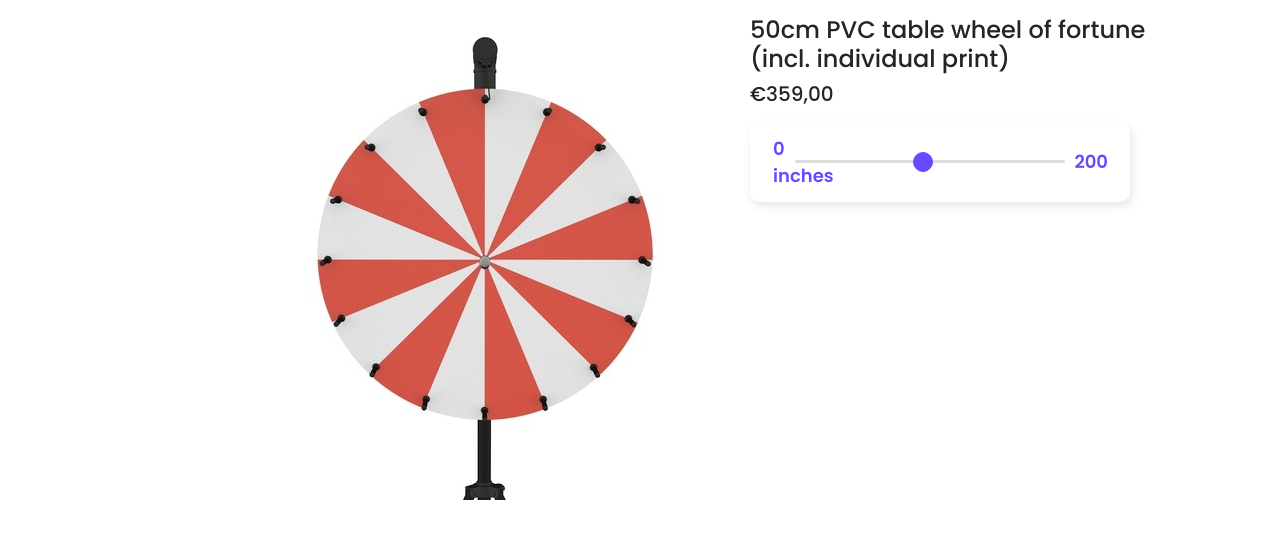
Repository: Awaisp-irfan/fahad-project
Page: text.html
These files come from the project's save history. The page is drawn as it stood at one moment and after the next save; the edit follows.
The browser window is 1280 px wide. The pictures show the whole page.

Above is the page before, as saved 2022-06-30 11:39:20.

### text.html
<!DOCTYPE html>
<html lang="en">
<head>
    <meta charset="UTF-8">
    <meta http-equiv="X-UA-Compatible" content="IE=edge">
    <meta name="viewport" content="width=device-width, initial-scale=1.0">
    <link
      rel="stylesheet"
      href="https://cdn.jsdelivr.net/npm/bootstrap@4.6.1/dist/css/bootstrap.min.css"
      integrity="sha384-zCbKRCUGaJDkqS1kPbPd7TveP5iyJE0EjAuZQTgFLD2ylzuqKfdKlfG/eSrtxUkn"
      crossorigin="anonymous"
    />

    <link rel="stylesheet" href="./style.css" />
    <title>Document</title>
</head>
<body>
    <div class="container">
        <div class="row">
            <div class="col-lg-7">
                <div class="img-wrapper">
                    <div class="main-img">

                    </div>
                </div>
            </div>

            <div class="col-lg-5">
                <div class="my-3">
                    <h4>
                        50cm PVC table wheel of fortune (incl. individual print)
                    </h4>

                    <h5>
                        €359,00
                    </h5>
                </div>
                <div class="range">
                    <div class="sliderValue">
                      <span>100</span>
                    </div>
            <div class="field">
                      <div class="value left">
            0 <br> inches</div>
            <input type="range" min="10" max="200" value="100" steps="1">
                      <div class="value right">
            200</div>
            </div>
            </div>

            </div>
        </div>
    </div>

    <script src="https://cdnjs.cloudflare.com/ajax/libs/jquery/3.4.1/jquery.min.js"></script>

<!--Plugin JavaScript file-->
<script src="https://cdnjs.cloudflare.com/ajax/libs/ion-rangeslider/2.3.1/js/ion.rangeSlider.min.js"></script>
    <script src="./index.js"></script>
</body>
</html>

### style.css
/* range slieder styling starts  */
@import url('https://fonts.googleapis.com/css?family=Poppins:400,500,600,700&display=swap');
*{
  margin: 0;
  padding: 0;
  box-sizing: border-box;
  font-family: 'Poppins', sans-serif;
}

.range{
  height: 80px;
  width: 380px;
  background: #fff;
  border-radius: 10px;
  padding: 0 65px 0 45px;
  box-shadow: 2px 4px 8px rgba(0,0,0,0.1);
}
.sliderValue{
  position: relative;
  width: 100%;
}
.sliderValue span{
  position: absolute;
  height: 45px;
  width: 45px;
  transform: translateX(-70%) scale(0);
  font-weight: 500;
  top: -40px;
  line-height: 55px;
  z-index: 2;
  color: #fff;
  transform-origin: bottom;
  transition: transform 0.3s ease-in-out;
}
.sliderValue span.show{
  transform: translateX(-70%) scale(1);
}
.sliderValue span:after{
  position: absolute;
  content: '';
  height: 100%;
  width: 100%;
  background: #664AFF;
  border: 3px solid #fff;
  z-index: -1;
  left: 50%;
  transform: translateX(-50%) rotate(45deg);
  border-bottom-left-radius: 50%;
  box-shadow: 0px 0px 8px rgba(0,0,0,0.1);
  border-top-left-radius: 50%;
  border-top-right-radius: 50%;
}
.field{
  display: flex;
  align-items: center;
  justify-content: center;
  height: 100%;
  position: relative;
}
.field .value{
  position: absolute;
  font-size: 18px;
  color: #664AFF;
  font-weight: 600;
}
.field .value.left{
  left: -22px;
}
.field .value.right{
  right: -43px;
}
.range input{
  -webkit-appearance: none;
  width: 100%;
  height: 3px;
  background: #ddd;
  border-radius: 5px;
  outline: none;
  border: none;
  z-index: 2222;
}
.range input::-webkit-slider-thumb{
  -webkit-appearance: none;
  width: 20px;
  height: 20px;
  background: red;
  border-radius: 50%;
  background: #664AFF;
  border: 1px solid #664AFF;
  cursor: pointer;
}
.range input::-moz-range-thumb{
  -webkit-appearance: none;
  width: 20px;
  height: 20px;
  background: red;
  border-radius: 50%;
  background: #664AFF;
  border: 1px solid #664AFF;
  cursor: pointer;
}
.range input::-moz-range-progress{
  background: #664AFF;
}

/* range slider styling ends */

.pvc{
    background-image: url(./assests/2289977149.jpg);
    background-size: cover;
    background-position: center;
    background-repeat: no-repeat;
    height: 100%;
    border-radius: 20px;
}

.col-lg-4>a > .img-div{
    height: 400px;
    border-radius: 20px;
}
.card{
    border-radius: 20px;
}
.card>.img-div{
    height: 350px;
    border-top-left-radius: 20px;
    border-top-right-radius: 20px;
    background-color: rgb(248, 248, 248);
}
.wooden{
    background-image: url(./assests/wooden.jpg);
    background-size: cover;
    background-position: center;
    background-repeat: no-repeat;
    height: 100%;
    border-radius: 20px;
}

.display{
    background-image: url(./assests/display.jpg);
    background-size: cover;
    background-position: center;
    background-repeat: no-repeat;
    height: 100%;
    border-radius: 20px;
}
.cm60-img{
    background: url(./assests/60cm_PVC-removebg-preview.png);

    background-size: cover;
    background-position: center;
    background-repeat: no-repeat;
    height: 100%;
    border-radius: 20px;
    width: 100%;
}

.cm80-img{
    background: url(./assests/80cm_PVC-removebg-preview.png);

    background-size: cover;
    background-position: center;
    background-repeat: no-repeat;
    height: 100%;
    border-radius: 20px;
}

.cm90-img{
    background: url(./assests/90cm_PVC-removebg-preview.png);

    background-size: cover;
    background-position: center;
    background-repeat: no-repeat;
    height: 100%;
    border-radius: 20px;
}
.cm100-img{
    background: url(./assests/100cm_PVC-removebg-preview.png);

    background-size: cover;
    background-position: center;
    background-repeat: no-repeat;
    height: 100%;
    border-radius: 20px;
}

.cm50-img{
    background: url(./assests//50cm\ PVC.png);

    background-size: cover;
    background-position: center;
    background-repeat: no-repeat;
    height: 100%;
    border-radius: 20px;
}

.display-wheel{
    background-image: url(./assests/display-removebg-preview.png);
    background-size: cover;
    background-position: center;
    background-repeat: no-repeat;
    height: 100%;
    border-radius: 20px;
}

.title{
    font-weight: bold;
    font-size: 16px;
    margin: 0;
    padding: 0;
}

.price{
    font-size: 14px;
    font-weight: 600;
    text-align: right;
    margin: 0;
    padding: 0;
}

/* test.html */
.main-img{
    background: url(./assests/100cm\ PVC.jpg);
    width: 100%;
    height: 100%;
}

.img-wrapper{
    height: 500px;

}


/* media queries */
@media (max-width : 768px) {
    .card>.img-div{
        height: 450px;

    }
}

### index.js
const slideValue = document.querySelector("span");
        const inputSlider = document.querySelector("input");
        inputSlider.oninput = (()=>{
          let value = inputSlider.value;
          slideValue.textContent = value;
          slideValue.style.left = (value/2) + "%";
          slideValue.classList.add("show");
        });
        inputSlider.onblur = (()=>{
          slideValue.classList.remove("show");
        });

After the next save:
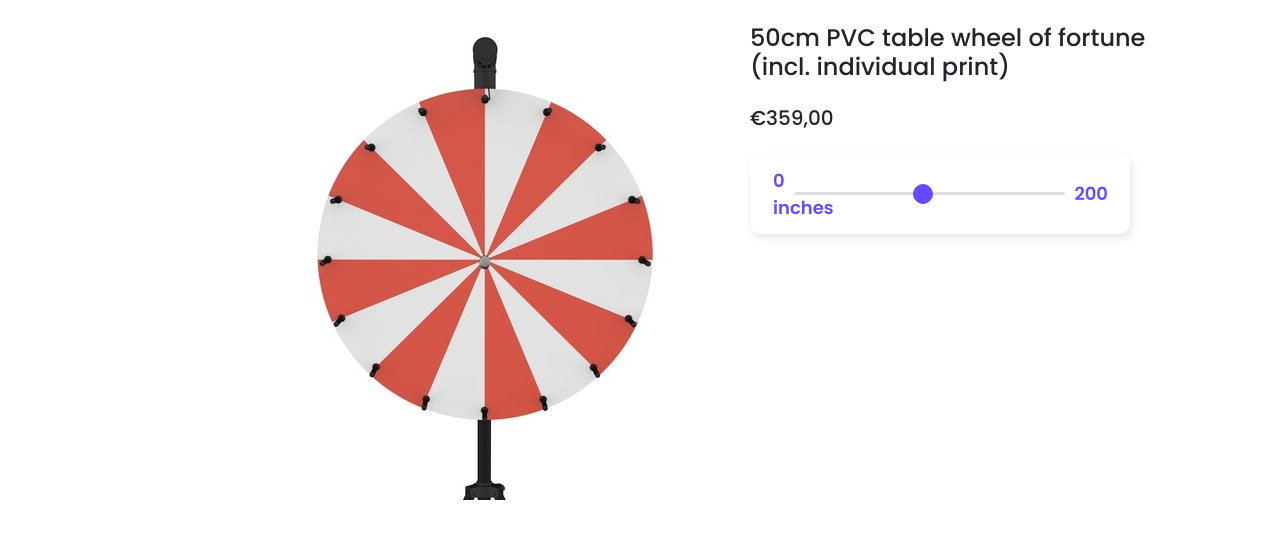
Saved 35 s later.
--- a/text.html
+++ b/text.html
@@ -27,11 +27,11 @@
 
             <div class="col-lg-5">
                 <div class="my-3">
-                    <h4>
+                    <h4 class="py-2">
                         50cm PVC table wheel of fortune (incl. individual print)
                     </h4>
 
-                    <h5>
+                    <h5 class="py-2">
                         €359,00
                     </h5>
                 </div>
